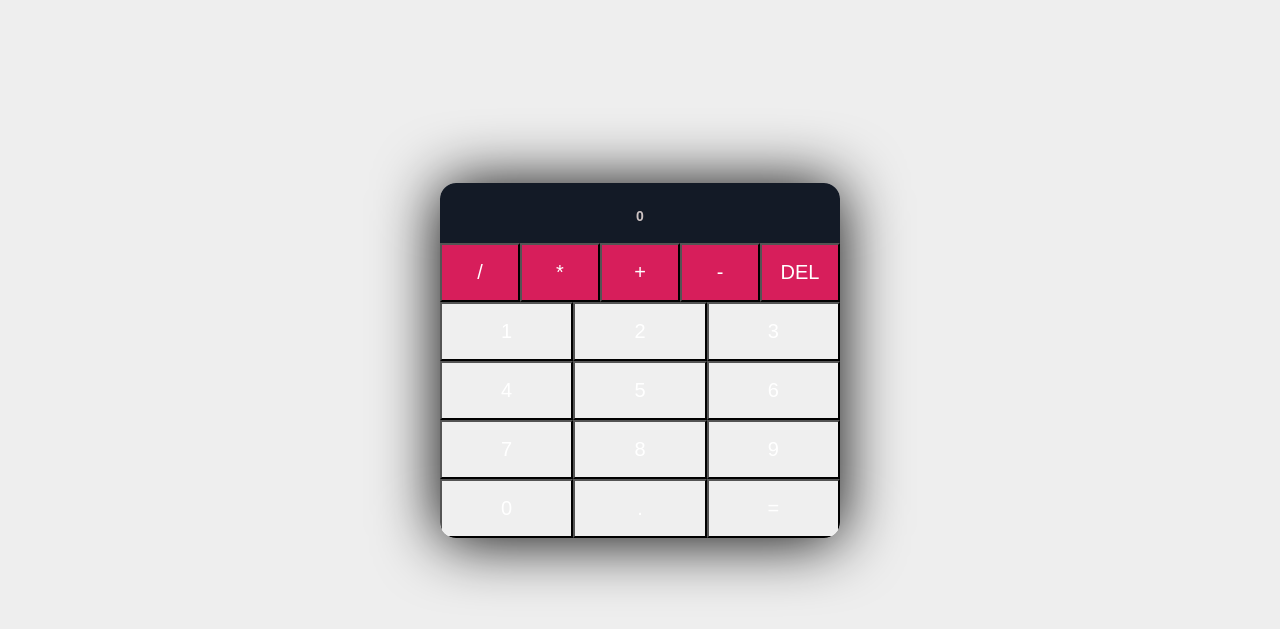
Repository: wakoya-tech/calculator-app
Page: /
The author's editor kept a copy of each file at every save. The page is drawn from the files as they stood at one save, then again after the next save.
The browser window is 1280 px wide. The pictures show the whole page.
The project was rebuilt for these pictures with package versions that can differ from the ones it lists, and the page was loaded fresh each time. Also part of the build but not shown: vite.config.js.

Above is the page before, as saved 2025-10-16 23:27:19.

### src/main.jsx
import React from 'react'
import ReactDOM from 'react-dom/client'
import App from './App.jsx'
import './App.css'

ReactDOM.createRoot(document.getElementById('root')).render(
  <React.StrictMode>
    <App />
  </React.StrictMode>
)

### src/App.jsx
import './App.css';  // Not index.css!
function App() {
  const createDigits=()=>{
    const digits=[];
    for(let i=1; i<10;i++){
      digits.push(
        <button key={i}>{i}</button>
      )
    }
    return digits;
  }
  return (
    <div className="App">
     <div className="calculator">
      <div className="display">
        <span>{0}</span>
      </div>
      <div className="operators">
        <button>/</button>
        <button>*</button>
        <button>+</button>
        <button>-</button>
        <button>DEL</button>
      </div>
      <div className="digits">
        {createDigits() }
        <button>0</button>
        <button>.</button>
        <button>=</button>
      </div>
     </div>

    </div>
  )
}

export default App

### src/App.css
:root{
  --primary:#d71e5b;
  --secondary:#8c38ff;
  --dark:#131a26;
  --light:#eee;
}
*{
  margin: 0;
  padding: 0;
  box-sizing: border-box;
  font-family: 'Fira Sans', sans-serif;
}
body{
  background-color: var(--light);

}
.App{
  display: flex;
  min-height: 100vh;
  align-items: center;

  justify-content: center;
}
.calculator{
  width: 100%;
  max-width: 400px;
  background-color: #fff;
  border-radius: 16px;
  overflow: hidden;
  box-shadow: 0px 2px 64px  rgb(0, 0,0.2);
}
.display{
  padding: 16px;
  text-align: center;
  background-color: var(--dark);
  color: var(--light);
font-size: 24px;
font-weight: bold;
}
.display span{
  font-size: 14px;
  color: #ccc2c2;
}
button{
  appearance: none;

  outline: none;
  color: #fff;
  font-size: 20px;
  padding: 16px;
  cursor: pointer;
  transition: 0.4s;
}
button:hover{
  opacity: 0.9;
}
.operators{
  display: flex;
}
.operators button{
  flex: 1 1 0%;
  background-color: var(--primary);
  font-weight: 700%;
}
.digits{
  display: flex;
  flex-wrap: wrap;
}
.digits button{
  flex: 1 1 33.333%;
}

Loaded but not shown: index.html (common file)

After the next save:
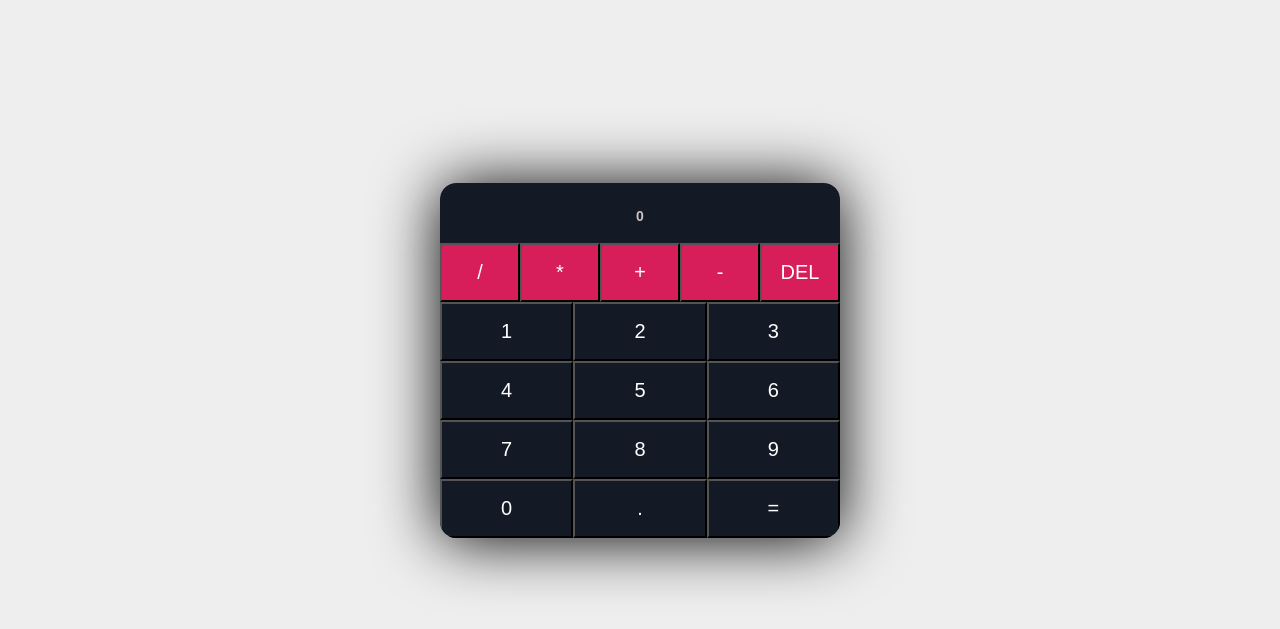
Saved 55 s later.
--- a/src/App.css
+++ b/src/App.css
@@ -68,4 +68,6 @@ button:hover{
 }
 .digits button{
   flex: 1 1 33.333%;
+  max-width: 33.333%;
+  background-color: var(--dark);
 }
